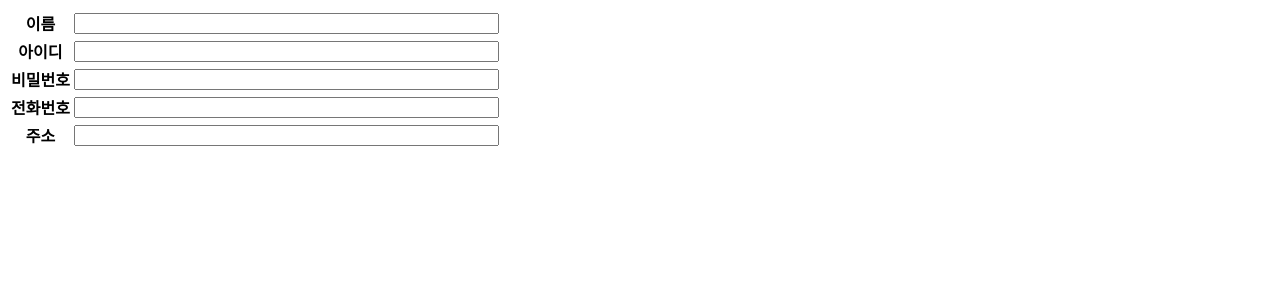
Repository: johwon/jspStudy
Page: jspStudy/src/main/webapp/member/member.html
These files come from the project's save history. The page is drawn as it stood at one moment and after the next save; the edit follows.
The browser window is 1280 px wide. The pictures show the whole page.

Above is the page before, as saved 2024-12-03 07:45:31.

After the next save:
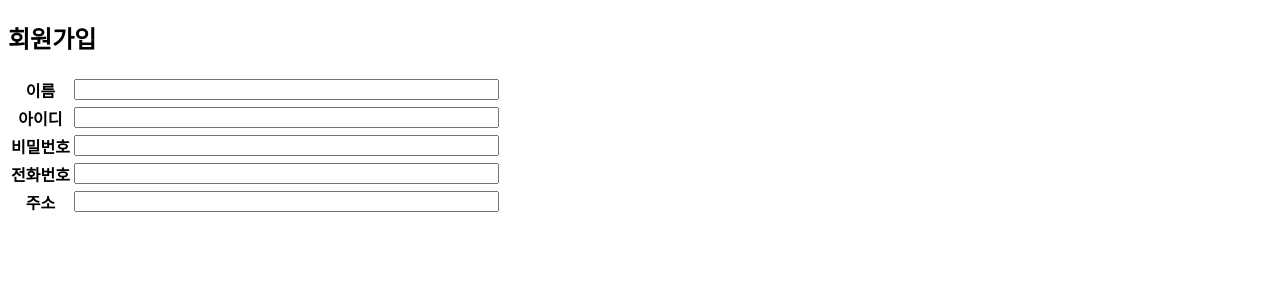
Saved 16 s later.
--- a/jspStudy/src/main/webapp/member/member.html
+++ b/jspStudy/src/main/webapp/member/member.html
@@ -5,6 +5,7 @@
 <title>회원가입</title>
 </head>
 <body>
+	<h2>회원가입</h2>
 	<form method="post" , action="MemberInsert"></form>
 	<table>
 		<tr>
